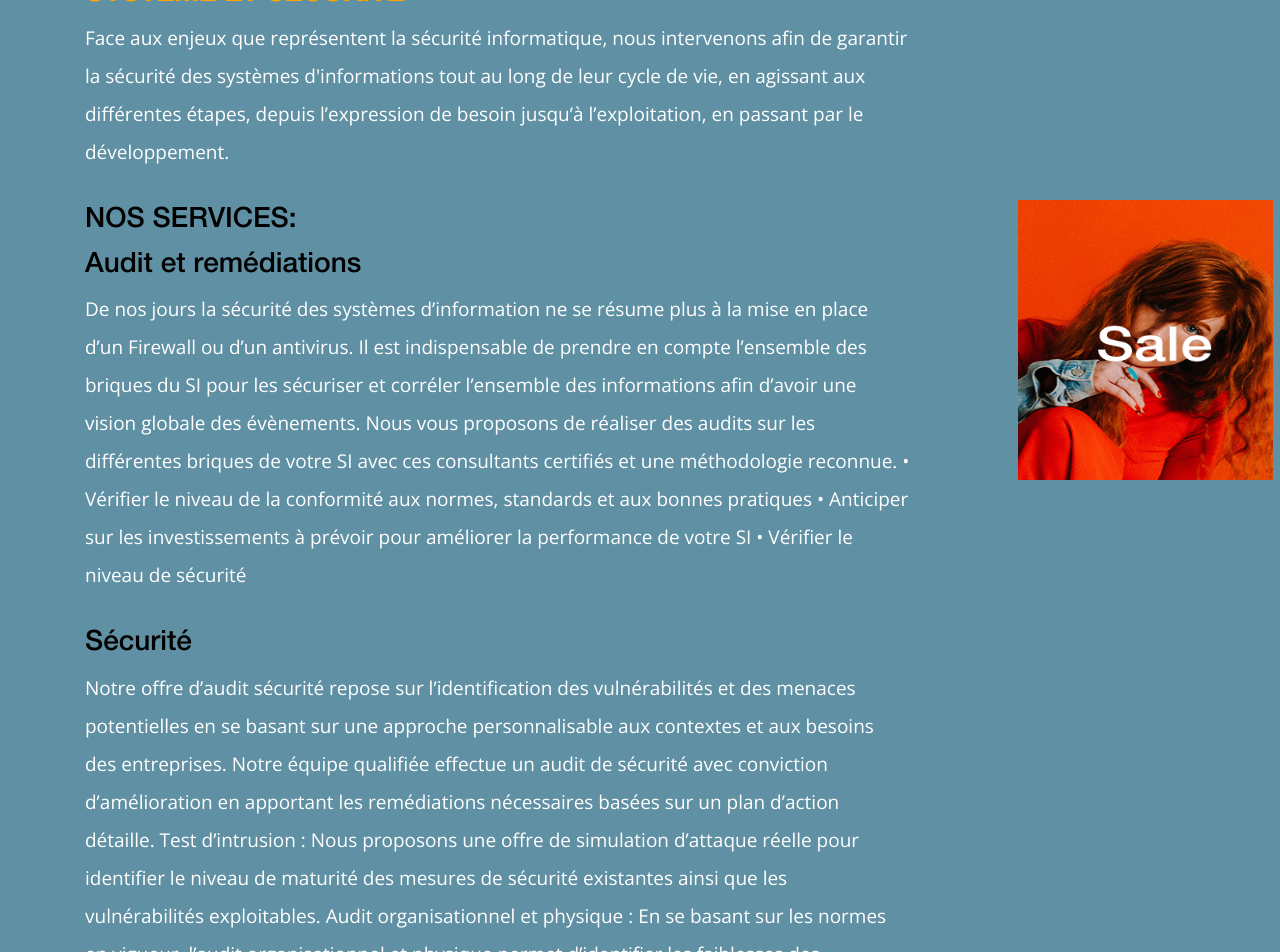
Repository: attoumbre/DATA_SERV
Page: original/secu-info.html
These files come from the project's save history. The page is drawn as it stood at one moment and after the next save; the edit follows.
The browser window is 1280 px wide. The pictures show the part of the page from y = 340 to 1292 px (the page is 2127 px tall before and 2089 px after).
A picture or video elsewhere on the page could not be fetched, so the positions and the page height are approximate. Some web fonts or font styles are not loaded; a fallback is used.

Above is the page before, as saved 2020-02-12 03:58:01.
Console error: TypeError: Cannot set properties of null (setting 'onfocus')

After the next save:
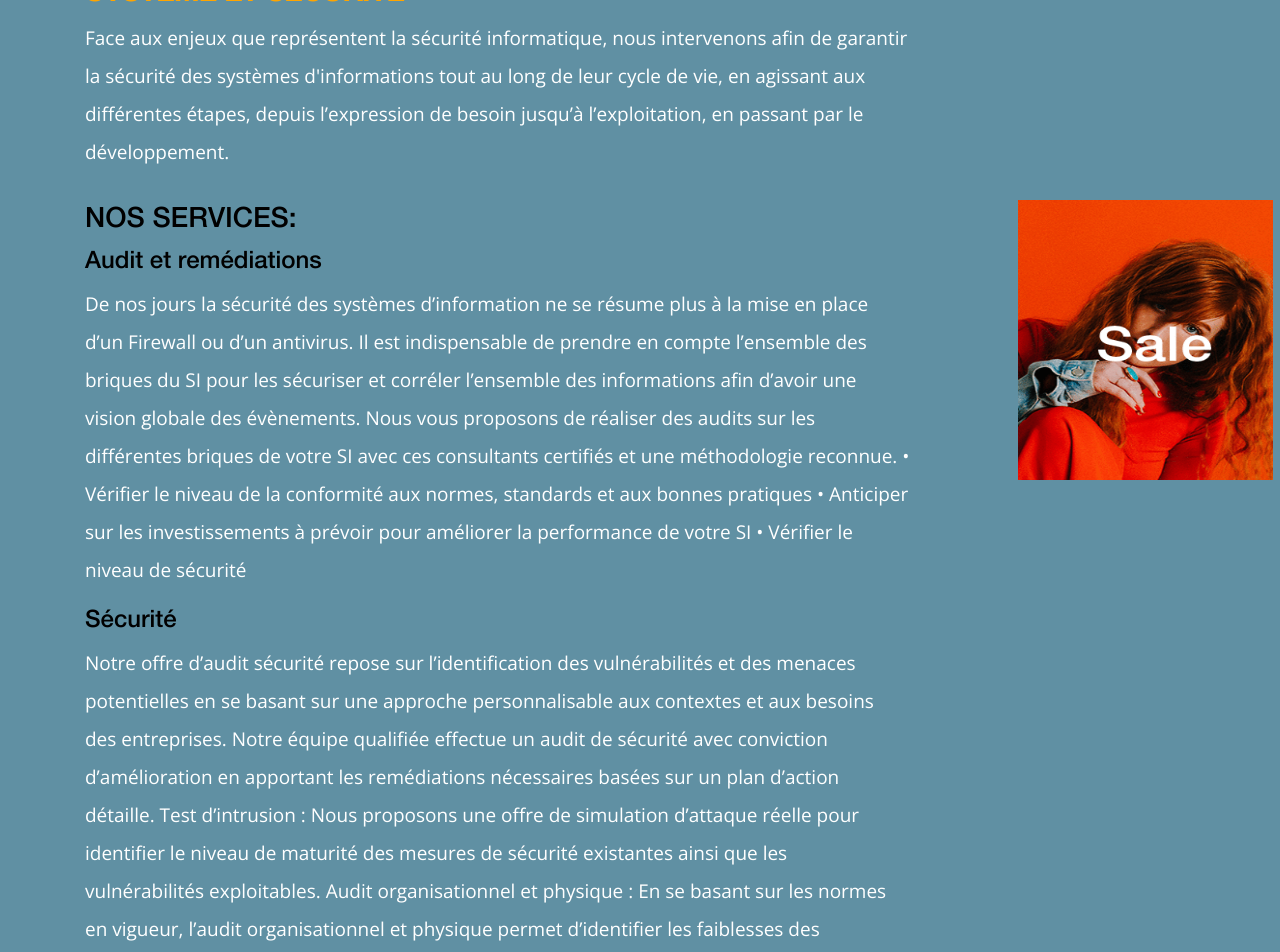
Saved 2 min 21 s later.
--- a/original/secu-info.html
+++ b/original/secu-info.html
@@ -157,18 +157,23 @@
                                     de besoin jusqu’à l’exploitation, en passant par le développement.
                                 </P>
                                 <h3>NOS SERVICES:</h3>
-                                <h3>Audit et remédiations</h3>
-                                <P>De nos jours la sécurité des systèmes d’information ne se résume plus à la mise en place d’un Firewall ou d’un antivirus. Il est indispensable de prendre en compte l’ensemble des briques du SI pour les sécuriser et corréler
-                                    l’ensemble des informations afin d’avoir une vision globale des évènements. Nous vous proposons de réaliser des audits sur les différentes briques de votre SI avec ces consultants certifiés et une méthodologie reconnue.
-                                    • Vérifier le niveau de la conformité aux normes, standards et aux bonnes pratiques • Anticiper sur les investissements à prévoir pour améliorer la performance de votre SI • Vérifier le niveau de sécurité
-                                </P>
-                                <h3>Sécurité</h3>
-                                <p> Notre offre d’audit sécurité repose sur l’identification des vulnérabilités et des menaces potentielles en se basant sur une approche personnalisable aux contextes et aux besoins des entreprises. Notre équipe qualifiée
-                                    effectue un audit de sécurité avec conviction d’amélioration en apportant les remédiations nécessaires basées sur un plan d’action détaille. Test d’intrusion : Nous proposons une offre de simulation d’attaque réelle
-                                    pour identifier le niveau de maturité des mesures de sécurité existantes ainsi que les vulnérabilités exploitables. Audit organisationnel et physique : En se basant sur les normes en vigueur, l’audit organisationnel
-                                    et physique permet d’identifier les faiblesses des processus d’exploitation du système et au management de la sécurité.
-                                </p>
-
+                                <ul>
+                                    <li>
+                                        <h4>Audit et remédiations</h4>
+                                    </li>
+                                    <P>De nos jours la sécurité des systèmes d’information ne se résume plus à la mise en place d’un Firewall ou d’un antivirus. Il est indispensable de prendre en compte l’ensemble des briques du SI pour les sécuriser et
+                                        corréler l’ensemble des informations afin d’avoir une vision globale des évènements. Nous vous proposons de réaliser des audits sur les différentes briques de votre SI avec ces consultants certifiés et une méthodologie
+                                        reconnue. • Vérifier le niveau de la conformité aux normes, standards et aux bonnes pratiques • Anticiper sur les investissements à prévoir pour améliorer la performance de votre SI • Vérifier le niveau de sécurité
+                                    </P>
+                                    <li>
+                                        <h4>Sécurité</h4>
+                                    </li>
+                                    <p> Notre offre d’audit sécurité repose sur l’identification des vulnérabilités et des menaces potentielles en se basant sur une approche personnalisable aux contextes et aux besoins des entreprises. Notre équipe qualifiée
+                                        effectue un audit de sécurité avec conviction d’amélioration en apportant les remédiations nécessaires basées sur un plan d’action détaille. Test d’intrusion : Nous proposons une offre de simulation d’attaque réelle
+                                        pour identifier le niveau de maturité des mesures de sécurité existantes ainsi que les vulnérabilités exploitables. Audit organisationnel et physique : En se basant sur les normes en vigueur, l’audit organisationnel
+                                        et physique permet d’identifier les faiblesses des processus d’exploitation du système et au management de la sécurité.
+                                    </p>
+                                </ul>
                                 <P>Nous avons développé de nombreux partenariats (ISC2, EC-COUNCIL, ISACA, etc.) </P>
                             </p>
                         </div>
